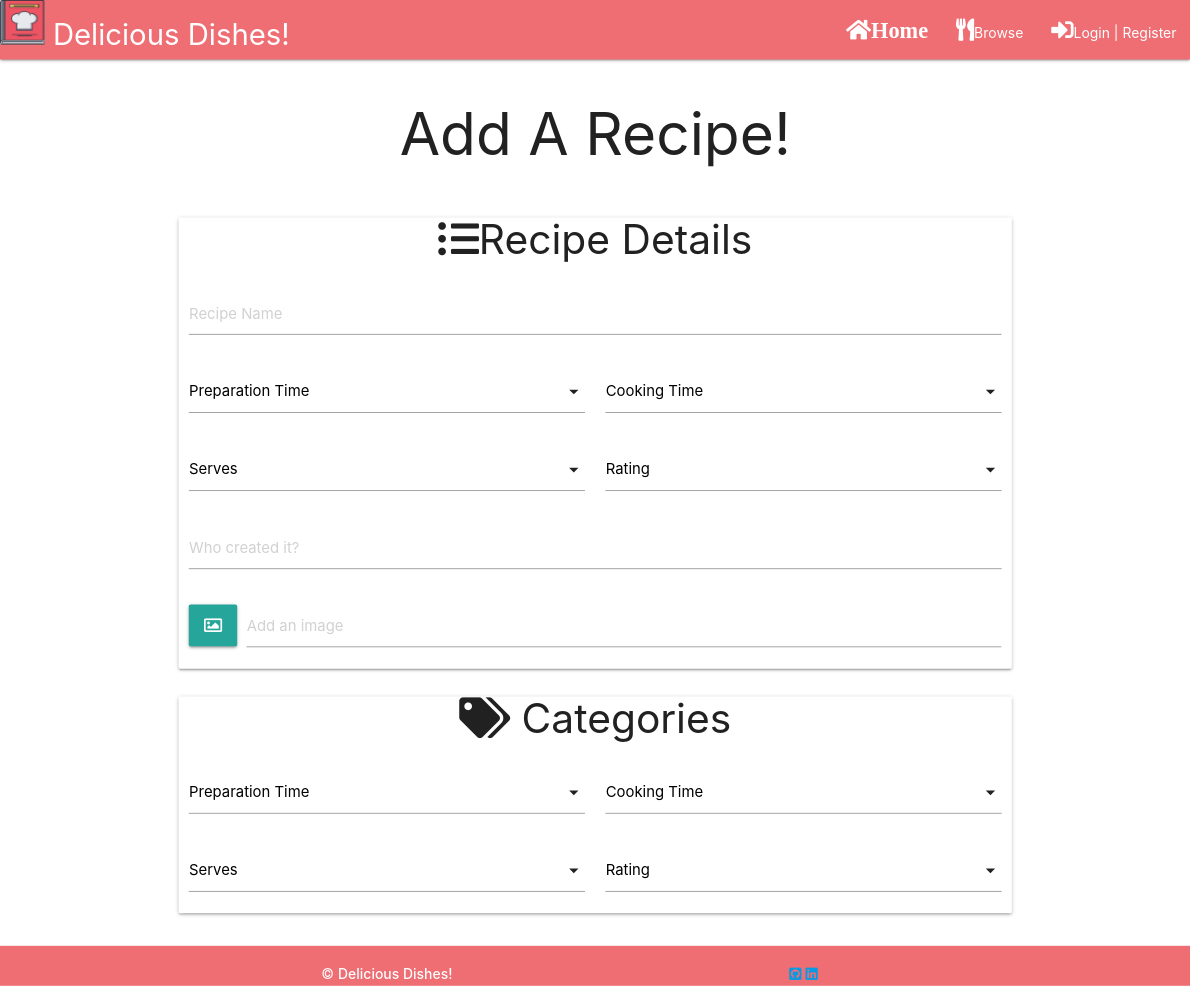
Repository: hebs87/cookbook-milestone-project-three
Page: http://localhost/add_recipe
The author's editor kept a record of every edit. The page is drawn from the files as they stood at one moment, then again after the next edit.
The browser window is 1280 px wide. The pictures show the whole page, at 93% of full size.
Some web libraries are served in a nearby version. The page is served by the project's application, run on Flask 3 (app.py). Other server files are loaded and not shown.

Above is the page before.

### templates/add_recipe.html
{% extends "base.html" %} {% block content %}

<!--Page Title-->
<div class="row center-align">
    <div class="col s12">
        <h1 class="title"> Add A Recipe!</h1>
    </div>
</div>

<!--ADD RECIPE FORM WITH NESTED CARDS FOR RELEVANT SECTIONS-->
<div class="row center-align">
    <form method="GET" action="">

        <!--Recipe Details Card-->
        <div class="row card z-depth-1">
            <!--Card Title-->
            <h3><i class="fas fa-list-ul"></i>Recipe Details</h3>
            <!--Recipe Name Field-->
            <div class="input-field col s12">
                <input id="name" name="name" type="text" placeholder="Recipe Name" class="form-control validate" required>
                <label for="name"></label>
            </div>
            <!--Prep Time Select-->
            <div class="input-field col s12 m6">
                <select id="prep_time" name="prep_time" class="form-control validate" required>
                    <option value="" disabled selected>Preparation Time</option>
                    <option value="">1</option>
                </select>
            </div>
            <!--Cook Time Select-->
            <div class="input-field col s12 m6">
                <select id="cook_time" name="cook_time" class="form-control validate" required>
                    <option value="" disabled selected>Cooking Time</option>
                    <option value="">1</option>
                </select>
            </div>
            <!--Serves Select-->
            <div class="input-field col s12 m6">
                <select id="serves" name="serves" class="form-control validate" required>
                    <option value="" disabled selected>Serves</option>
                    <option value="">1</option>
                </select>
            </div>
            <!--Rating Select-->
            <div class="input-field col s12 m6">
                <select id="rating" name="rating" class="form-control validate" required>
                    <option value="" disabled selected>Rating</option>
                    <option value="">1</option>
                </select>
            </div>
            <!--Author Field-->
            <div class="input-field col s12">
                <input id="author" name="Author" type="text" placeholder="Who created it?" class="form-control validate" required>
            </div>
            <!--Image File Input-->
            <div class="file-field input-field col s12">
                <div class="btn">
                    <i class="far fa-image"></i>
                    <input type="file" name="img">
                </div>
                <div class="file-path-wrapper">
                    <input class="file-path validate" name="file_path" placeholder="Add an image" type="text">
                </div>
            </div>
        </div>

        <!--Recipe Categories Card-->
        <div class="row card z-depth-1">
            <!--Card Title-->
            <h3><i class="fas fa-tags"></i> Categories</h3>
            <!--Type Select-->
            <div class="input-field col s12 m6">
                <select id="prep_time" name="prep_time" class="form-control validate" required>
                    <option value="" disabled selected>Preparation Time</option>
                    <option value="">1</option>
                </select>
            </div>
            <!--Occasion Select-->
            <div class="input-field col s12 m6">
                <select id="cook_time" name="cook_time" class="form-control validate" required>
                    <option value="" disabled selected>Cooking Time</option>
                    <option value="">1</option>
                </select>
            </div>
            <!--Cuisine Select-->
            <div class="input-field col s12 m6">
                <select id="serves" name="serves" class="form-control validate" required>
                    <option value="" disabled selected>Serves</option>
                    <option value="">1</option>
                </select>
            </div>
            <!--Rating Select-->
            <div class="input-field col s12 m6">
                <select id="rating" name="rating" class="form-control validate" required>
                    <option value="" disabled selected>Rating</option>
                    <option value="">1</option>
                </select>
            </div>
        </div>

    </form>
</div>

{% endblock %}

### templates/base.html
<!DOCTYPE html>
<html lang="en">

<head>

    <!--Link for Favicon-->
    <link rel="icon" sizes="192x192" href="{{ url_for('static', filename='img/favicon.png') }}" type="image/x-icon">
    <meta charset="UTF-8">
    <meta name="viewport" content="width=device-width, initial-scale=1.0">
    <meta http-equiv="X-UA-Compatible" content="ie=edge">
    <title>Delicious Dishes!</title>

    <!--Link for Materialize-->
    <link rel="stylesheet" href="https://cdnjs.cloudflare.com/ajax/libs/materialize/1.0.0/css/materialize.min.css">
    <!--Link for FontAwesome-->
    <link rel="stylesheet" href="https://use.fontawesome.com/releases/v5.8.2/css/all.css" integrity="sha384-oS3vJWv+0UjzBfQzYUhtDYW+Pj2yciDJxpsK1OYPAYjqT085Qq/1cq5FLXAZQ7Ay" crossorigin="anonymous">
    <!--Link for custom CSS sheet-->


</head>

<body>

    <!--HEADER-->
    <header class="container-fluid">
        <!--NAVBAR-->
        <!--Main Nav-->
        <nav class="nav-extended">
            <div class="nav-wrapper">
                <a href="{{ url_for('index') }}" class="brand-logo"><img src="{{ url_for('static', filename='img/favicon.png') }}" alt="Delicious Dishes Chef Logo" lazyload="on">
                    Delicious Dishes!
                </a>
                <a href="#" data-target="mobile-demo" class="sidenav-trigger">
                    <i class="fas fa-bars" aria-hidden="true"></i>
                </a>
                <ul id="nav-mobile" class="right hide-on-med-and-down">
                    <li>
                        <a href="{{ url_for('index') }}">
                            <i class="fas fa-home" aria-hidden="true">Home</i>
                        </a>
                    </li>
                    <li>
                        <a href="#">
                            <i class="fas fa-utensils" aria-hidden="true"></i>Browse
                        </a>
                    </li>
                    <!--Additional options if user is logged in-->
                    {% if session.user %}
                        <li>
                            <a href="#">
                                <i class="fas fa-user" aria-hidden="true"></i>{{ session['user'] }}
                            </a>
                        </li>
                        <li>
                            <a href="{{ url_for('add_recipe') }}">
                                <i class="fas fa-plus" aria-hidden="true"></i>Add Recipe
                            </a>
                        </li>
                        <li>
                            <a href="{{ url_for('logout') }}">
                                <i class="fas fa-sign-out-alt" aria-hidden="true"></i>Logout
                            </a>
                        </li>
                    <!--If there is no user in session-->
                    {% else %}
                        <li>
                            <a href="{{ url_for('login_register') }}">
                                <i class="fas fa-sign-in-alt" aria-hidden="true"></i>Login | Register
                            </a>
                        </li>
                    {% endif %}
                </ul>
            </div>
        </nav>
        <!--End Main Nav-->
        <!--Mobile Side Nav-->
        <ul class="sidenav" id="mobile-demo">
            <li>
                <a href="{{ url_for('index') }}" class="brand-logo">
                    <h4>Delicious Dishes!</h4>
                </a>
            <li>
                <a href="{{ url_for('index') }}">
                    <i class="fas fa-home" aria-hidden="true"></i>Home
                </a>
            </li>
            <li>
                <a href="#">
                    <i class="fas fa-utensils" aria-hidden="true"></i>Browse
                </a>
            </li>
            <!--Additional options if user is logged in-->
            {% if session.user %}
                <li>
                    <a href="#">
                        <i class="fas fa-user" aria-hidden="true"></i>{{ session['user'] }}
                    </a>
                </li>
                <li>
                    <a href="{{ url_for('add_recipe') }}">
                        <i class="fas fa-plus" aria-hidden="true"></i>Add Recipe
                    </a>
                </li>
                <li>
                    <a href="{{ url_for('logout') }}">
                        <i class="fas fa-sign-out-alt" aria-hidden="true"></i>Logout
                    </a>
                </li>
            <!--If there is no user in session-->
            {% else %}
                <li>
                    <a href="{{ url_for('login_register') }}">
                        <i class="fas fa-sign-in-alt" aria-hidden="true"></i>Login | Register
                    </a>
                </li>
            {% endif %}
        </ul>
        <!--End Mobile Side Nav-->
        <!--END NAVBAR-->

    </header>
    <!--END HEADER-->

    <!--MAIN CONTENT-->
    <main>
        <div class="container">
            <!--Flashed messages to appear at the top of the page, below the Navbar-->
            {% with messages = get_flashed_messages() %}
                {% if messages %}
                    <ul class="flashes center-align">
                        {% for message in messages %}
                        <li>{{ message }}</li>
                        {% endfor %}
                    </ul>
                {% endif %}
            {% endwith %}

            <!--Main content-->
            {% block content %} {% endblock %}
        </div>
    </main>
    <!--END MAIN CONTENT-->

    <!--FOOTER-->
    <footer class="page-footer">
        <div class="container">
            <div class="row center-align">
                <div class="col s12 m6">
                    &copy; <strong>Delicious Dishes!</strong>
                </div>
                <div class="col s12 m6">
                    <a href="https://github.com/hebs87/cookbook-milestone-project-three" target="_blank" rel="noopener" aria-label="GitHub - hebs87">
                        <i class="fab fa-github-square" title="hebs87" aria-hidden="true"></i>
                    </a>
                    <a href="https://www.linkedin.com/in/sunny-hebbar-0b3008174/" target="_blank" rel="noopener" aria-label="LinkedIn - Sunny-Hebbar">
                        <i class="fab fa-linkedin" title="Sunny-Hebbar" aria-hidden="true"></i>
                    </a>
                </div>
            </div>
        </div>
    </footer>
    <!--END FOOTER-->

    <!--Script tag for jQuery-->
    <script src="https://code.jquery.com/jquery-3.4.1.min.js" integrity="sha256-CSXorXvZcTkaix6Yvo6HppcZGetbYMGWSFlBw8HfCJo=" crossorigin="anonymous"></script>
    <!--Script tag for Materialize-->
    <script src="https://cdnjs.cloudflare.com/ajax/libs/materialize/1.0.0/js/materialize.min.js"></script>
    <!--Script tag for custom JS file-->
    <script src="{{ url_for('static', filename='js/script.js') }}"></script>

</body>

</html>

### app.py
import os, json, math
import re
from flask import Flask, render_template, redirect, request, session, g, url_for, flash, Markup
from flask_pymongo import PyMongo
from bson.objectid import ObjectId
from werkzeug.security import check_password_hash, generate_password_hash

# Instance of Flask
app = Flask(__name__)

# Config Flask app and connect to database
app.config["MONGO_DBNAME"] = 'onlineCookbook'
app.config["MONGO_URI"] = os.getenv('MONGO_URI')
# Secret key to enable user sessions for login and flash messages - generates random string
app.secret_key = os.urandom(24)

# Instance of PyMongo
mongo = PyMongo(app)

# DB collection variables
recipes_coll = mongo.db.recipes
rating_coll = mongo.db.ratings
categories_coll = mongo.db.categories
serves_coll = mongo.db.serves
time_coll = mongo.db.time
users_coll = mongo.db.userLogin

# Route to index.html
@app.route('/')
def index():
    return render_template("index.html")

# User login sessions/logout
@app.route('/login_register')
def login_register():
    return render_template("login_register.html")

@app.route('/login', methods=["GET", "POST"])
def login():
    '''
    Login
    Checks that the user exists, and that user's password matches the
    hased password in the database
    '''
    if request.method == "POST":

        username = request.form.get('username').lower()
        password = request.form.get("password")
        existing_user = users_coll.find_one({"username": username})

        # Check if username exists and user's password matches the hashed password
        if existing_user and check_password_hash(existing_user["password"], password):
            flash(Markup("Welcome back " + username + ", you're now logged in!"))
            session['user'] = username
            return redirect(url_for('index'))
        # If either the username or password don't match, generic flash message is displayed
        else:
            flash(Markup("It appears those details don't match what we have, please try again."))
            return redirect(url_for('login'))

    return render_template("login_register.html")

@app.route('/register', methods=["GET", "POST"])
def register():
    '''
    Create new user/register new account
    Checks that the user doesn't already exist, and that length of username
    and password is between 6-15 characters
    Uses generate_password_hash to hash user's password in the database
    '''
    if request.method == "POST":

        new_username = request.form.get('new_username').lower()
        new_password = request.form.get("new_password")

        # Check username and password are alphanumeric
        for letter in new_username:
            if not letter.isalnum():
                flash(Markup("Usernames must be alphanumeric only. Please try another one."))
                return redirect(url_for('register'))
        for letter in new_password:
            if not letter.isalnum():
                flash(Markup("Passwords must be alphanumeric only. Please try another one."))
                return redirect(url_for('register'))

        # Check username and password are between 6-15 characters
        if len(new_username) < 5 or len(new_username) > 15:
            flash(Markup("Usernames must be between 5 and 15 characters. Please try again."))
            return redirect(url_for('register'))
        if len(new_password) < 5 or len(new_password) > 15:
            flash(Markup("Passwords must be between 5 and 15 characters. Please try again."))
            return redirect(url_for('register'))

        # Check if username already exists
        existing_user = users_coll.find_one({"username": new_username})
        if existing_user:
            flash(Markup("Sorry, " + new_username + " is already taken! Please choose another one!"))
            return redirect(url_for('register'))

        # If all checks pass, add user to the database and hash the password
        users_coll.insert_one({
            "username": new_username,
            "password": generate_password_hash(new_password)
        })
        session['user'] = new_username
        flash(Markup("Welcome " + new_username + ", you're now logged in!"))
        return redirect(url_for('index'))

    return render_template("login_register.html")

@app.route('/logout')
def logout():
    '''
    Remove the session cookie and end the user session
    '''
    session.pop('user', None)
    flash(Markup("You were successfully logged out"))
    return redirect(url_for('index'))

@app.before_request
def before_request():
    '''
    Checks if the user is logged in before each request
    '''
    g.user = None
    if 'user' in session:
        g.user = session['user']

# Route to add_recipe.html
@app.route('/add_recipe')
def add_recipe():
    return render_template("add_recipe.html")

if __name__ == '__main__':
    app.run(host=os.getenv("IP", "0.0.0.0"),
            port=int(os.getenv("PORT", "5000")),
            debug=False)

### static/js/script.js
//Initialize Mobile Side Nav
$('.sidenav').sidenav();
//Initialize Tabs
$('.tabs').tabs();
//Initialize Select Form
$('select').formSelect();

After the next edit:
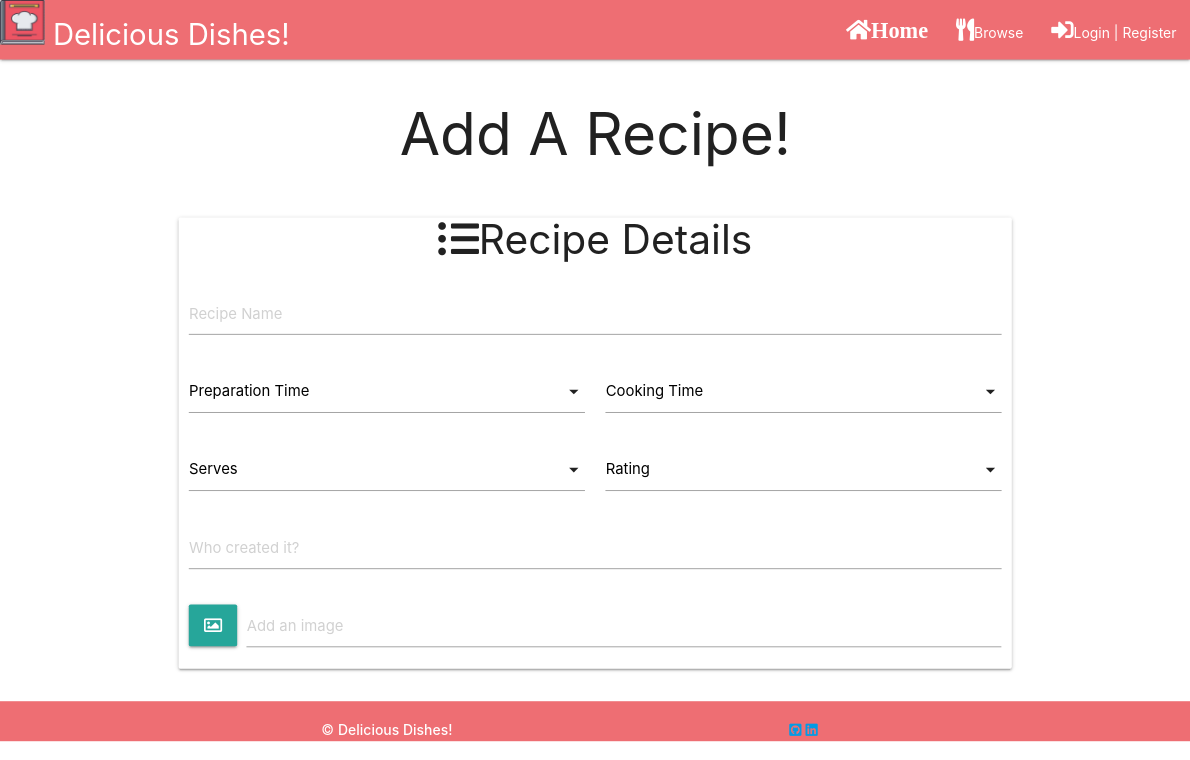
The edit:
--- a/templates/add_recipe.html
+++ b/templates/add_recipe.html
@@ -64,39 +64,6 @@
             </div>
         </div>
 
-        <!--Recipe Categories Card-->
-        <div class="row card z-depth-1">
-            <!--Card Title-->
-            <h3><i class="fas fa-tags"></i> Categories</h3>
-            <!--Type Select-->
-            <div class="input-field col s12 m6">
-                <select id="prep_time" name="prep_time" class="form-control validate" required>
-                    <option value="" disabled selected>Preparation Time</option>
-                    <option value="">1</option>
-                </select>
-            </div>
-            <!--Occasion Select-->
-            <div class="input-field col s12 m6">
-                <select id="cook_time" name="cook_time" class="form-control validate" required>
-                    <option value="" disabled selected>Cooking Time</option>
-                    <option value="">1</option>
-                </select>
-            </div>
-            <!--Cuisine Select-->
-            <div class="input-field col s12 m6">
-                <select id="serves" name="serves" class="form-control validate" required>
-                    <option value="" disabled selected>Serves</option>
-                    <option value="">1</option>
-                </select>
-            </div>
-            <!--Rating Select-->
-            <div class="input-field col s12 m6">
-                <select id="rating" name="rating" class="form-control validate" required>
-                    <option value="" disabled selected>Rating</option>
-                    <option value="">1</option>
-                </select>
-            </div>
-        </div>
 
     </form>
 </div>
